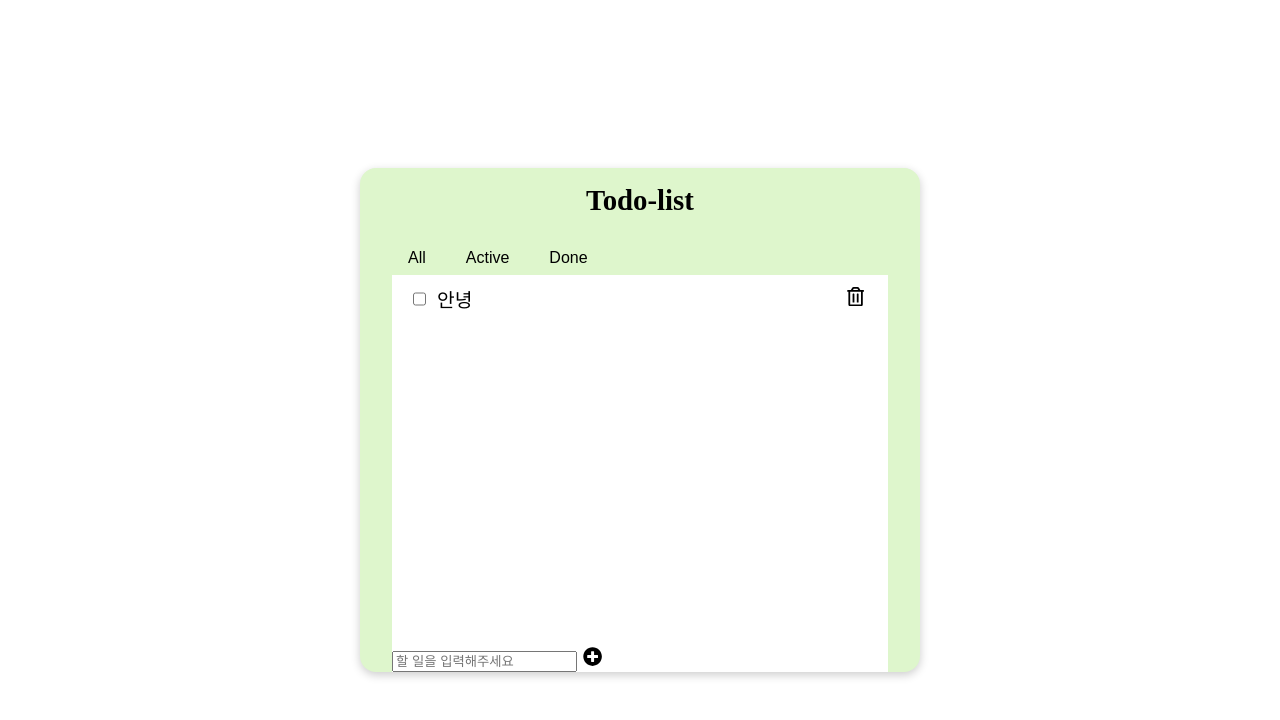
Repository: Yugayoung/todoList
Page: /
The author's editor kept a copy of each file at every save. The page is drawn from the files as they stood at one save, then again after the next save.
The browser window is 1280 px wide. The pictures show the whole page.
Some web fonts or font styles are not loaded; a fallback is used. The project was rebuilt for these pictures with package versions that can differ from the ones it lists, and the page was loaded fresh each time. Also part of the build but not shown: src/App.css.

Above is the page before, as saved 2024-03-21 17:28:54.

### src/index.css
@font-face {
  font-family: 'IM_Hyemin-Bold';
  src: url('./fonts/IM_Hyemin-Regular.otf') format('opentype');
  font-weight: normal;
  font-style: normal;
}

body {
  margin: 0;
  font-family: 'IM_Hyemin-Bold';
  -webkit-font-smoothing: antialiased;
  -moz-osx-font-smoothing: grayscale;
  width: 100vw;
  height: 100vh;
  display: flex;
  justify-content: center;
  align-items: center;
  font-size: 1.2rem;
}

code {
  font-family: source-code-pro, Menlo, Monaco, Consolas, 'Courier New',
    monospace;
}
#root {
  width: 100%;
  height: 60%;
  max-width: 35rem;
}

### src/App.js
import './App.css';
import Todo from './pages/Todo';

function App() {
  return (
    <>
      <Todo />
    </>
  );
}

export default App;

### src/pages/todo.jsx
import React from 'react';
import styled from 'styled-components';
import { FaPlusCircle } from 'react-icons/fa';
import { FaRegTrashAlt } from 'react-icons/fa';

const Title = styled.h2`
  text-align: center;
  font-weight: bold;
  padding: 1rem 0rem 0rem 0rem;
`;

const TodoList = styled.section`
  background-color: #def6cc;
  border-radius: 1rem;
  box-shadow: 0 3px 10px rgb(0, 0, 0, 0.2);
  padding: 0rem 2rem;
`;

const TapBtn = styled.button`
  background-color: transparent;
  border: none;
  margin-right: 0.5rem;
  padding: 0.5rem 1rem;
  font-size: 1rem;
  &:hover {
    color: #fd6cfd;
  }
  &:active {
    background-color: white;
    border-radius: 1rem 1rem 0rem 0rem;
    font-weight: bold;
  }
`;

const TodoLi = styled.li`
  list-style: none;
  padding: 0rem 1rem;
  display: flex;
  justify-content: space-between;
  margin-bottom: 0.5rem;
`;
const Btn = styled.button`
  background-color: transparent;
  border: none;
  font-size: 1.2rem;
  padding-top: 2px;
  &:hover {
    color: red;
  }
`;
const Label = styled.label`
  flex: 1 1;
  margin: 0rem 0.5rem;
`;
const TodoUl = styled.ul`
  background-color: white;
  margin: 0rem;
  height: 350px;
  padding: 10px 1px;
  flex: 1 1 auto;
  overflow-y: auto;
`;
const InputDiv = styled.div`
  background-color: white;
`;

export default function Todo() {
  return (
    <>
      <TodoList>
        {/* 할일 state */}
        <Title>Todo-list</Title>
        <div>
          <TapBtn>All</TapBtn>
          <TapBtn>Active</TapBtn>
          <TapBtn>Done</TapBtn>
        </div>

        {/* addTodoList */}
        <TodoUl>
          <TodoLi>
            <input type='checkbox' />
            <Label htmlFor=''>안녕</Label>
            <Btn>
              <FaRegTrashAlt />
            </Btn>
          </TodoLi>
        </TodoUl>

        {/* 할일 입력 */}
        <InputDiv>
          <input type='text' placeholder='할 일을 입력해주세요' />
          <Btn>
            <FaPlusCircle />
          </Btn>
        </InputDiv>
      </TodoList>
    </>
  );
}

Loaded but not shown: public/index.html (common file); src/index.js (common file); src/reportWebVitals.js (common file)

After the next save:
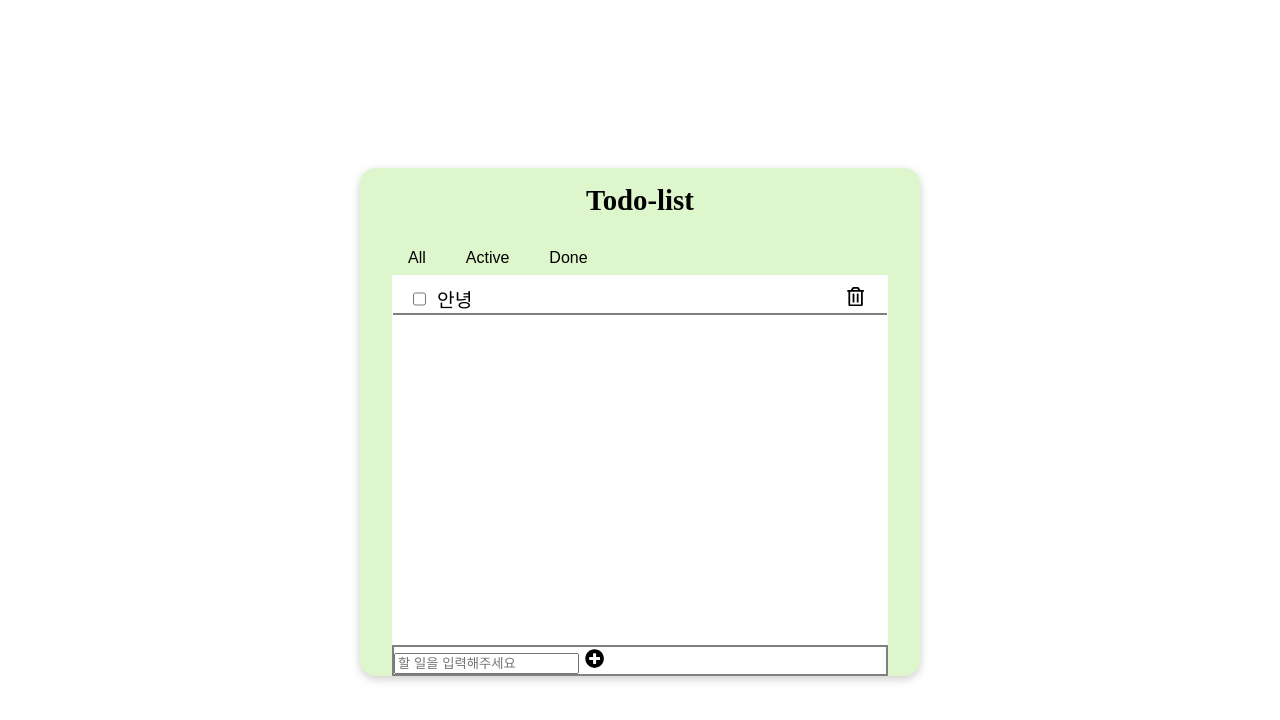
Saved 2 min 46 s later.
--- a/src/pages/todo.jsx
+++ b/src/pages/todo.jsx
@@ -38,6 +38,7 @@ const TodoLi = styled.li`
   display: flex;
   justify-content: space-between;
   margin-bottom: 0.5rem;
+  border-bottom: 2px solid gray;
 `;
 const Btn = styled.button`
   background-color: transparent;
@@ -62,6 +63,7 @@ const TodoUl = styled.ul`
 `;
 const InputDiv = styled.div`
   background-color: white;
+  border: 2px solid gray;
 `;
 
 export default function Todo() {
